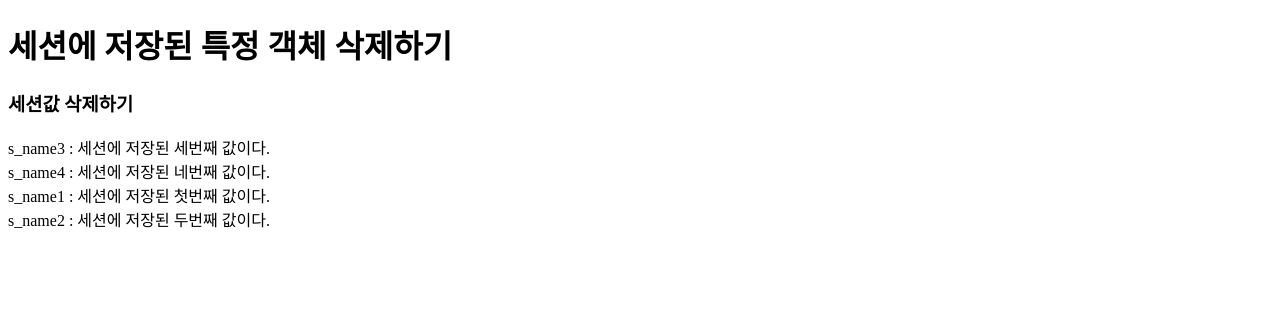
Repository: angwanghyeon/eclipse
Page: http://localhost/sec05/07_removeAttribute.jsp
The author's editor kept a copy of each file at every save. The page is drawn from the files as they stood at one save, then again after a run of saves.
The browser window is 1280 px wide. The pictures show the whole page.
The page is served by Tomcat 9.

Above is the page before, as saved 2023-08-31 08:29:24.

After the next 3 saves:
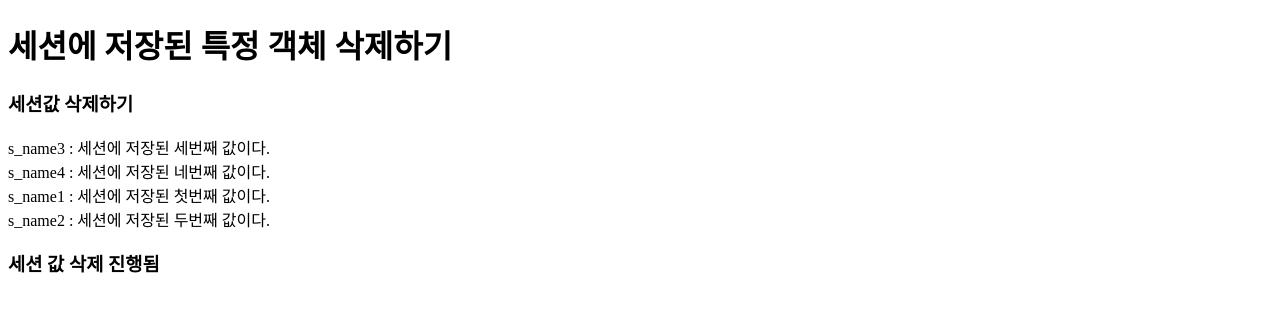
The 3 saves are shown as one change because 2 did not build or start.
The last was saved 53 s later.
--- a/sec05/src/main/webapp/07_removeAttribute.jsp
+++ b/sec05/src/main/webapp/07_removeAttribute.jsp
@@ -25,6 +25,7 @@ while(names.hasMoreElements()){
 }
 
 session.removeAttribute("s_name2");
+out.print("<h3>세션 값 삭제 진행됨</h3>");
 %>
 </body>
 </html>
